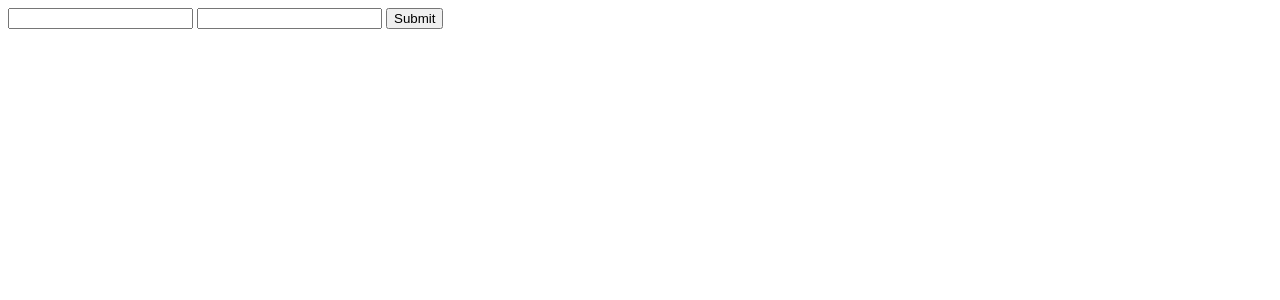
Repository: hdakwd/select_associate
Page: App/Templates/App/login.html
These files come from the project's save history. The page is drawn as it stood at one moment and after the next save; the edit follows.
The browser window is 1280 px wide. The pictures show the whole page.

Above is the page before, as saved 2020-03-16 23:36:26.

After the next save:
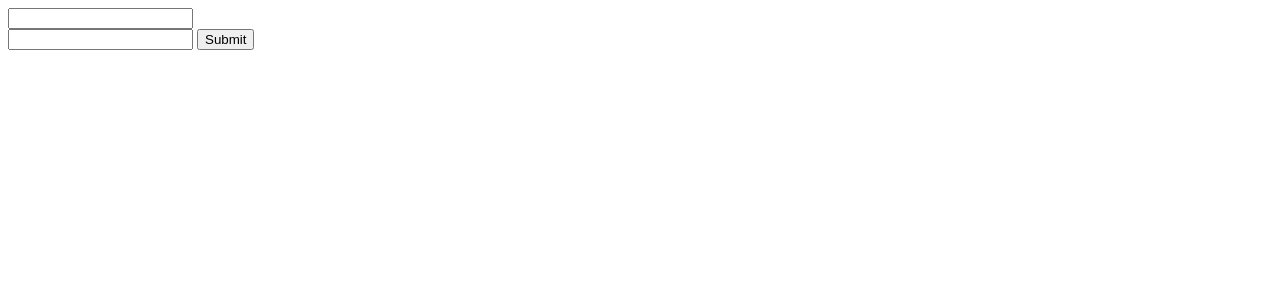
Saved 50 s later.
--- a/App/Templates/App/login.html
+++ b/App/Templates/App/login.html
@@ -5,7 +5,7 @@
     </head>
     <body>
         <form>
-            <input type="text" />
+            <input type="text" /><br>
             <input type="password" />
             <input type="submit" />
         </form>
